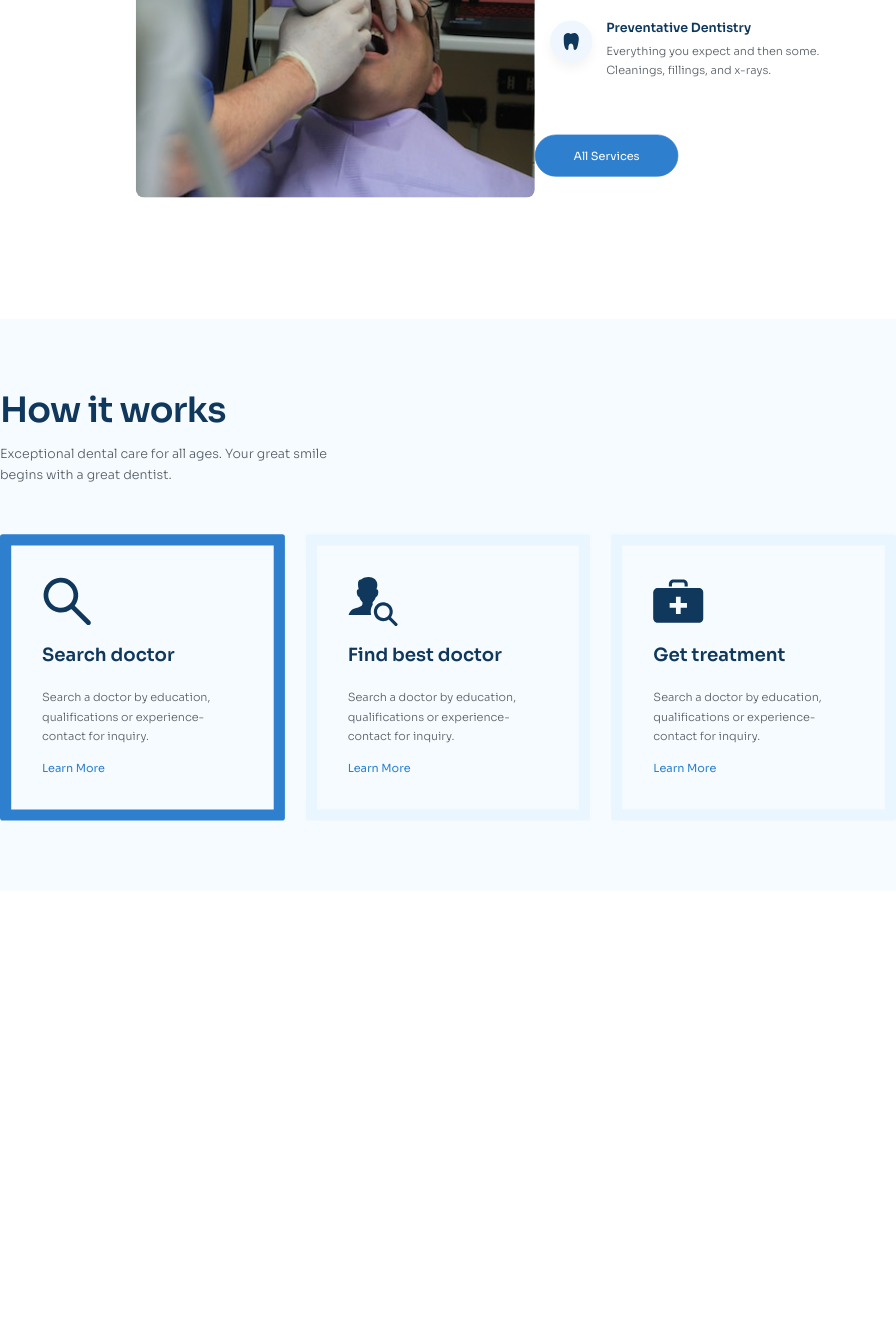
Repository: dongnguyen2112/htmlcss-project-03
Page: index.html
These files come from the project's save history. The page is drawn as it stood at one moment and after a run of saves; the edit follows.
The browser window is 1280 px wide. The pictures show the part of the page from y = 1385 to 3305 px (the page is 5720 px tall), at 70% of full size.
The pointer rests on the first visible `.word-item`.

Above is the page before, as saved 2023-08-01 17:31:22.

### index.html
<!DOCTYPE html>
<html lang="en">
    <head>
        <meta charset="UTF-8" />
        <meta name="viewport" content="width=device-width, initial-scale=1.0" />
        <title>Shine Smile</title>
        <!-- Favicons -->
        <link
            rel="apple-touch-icon"
            sizes="57x57"
            href="./assets/favicon/apple-icon-57x57.png"
        />
        <link
            rel="apple-touch-icon"
            sizes="60x60"
            href="./assets/favicon/apple-icon-60x60.png"
        />
        <link
            rel="apple-touch-icon"
            sizes="72x72"
            href="./assets/favicon/apple-icon-72x72.png"
        />
        <link
            rel="apple-touch-icon"
            sizes="76x76"
            href="./assets/favicon/apple-icon-76x76.png"
        />
        <link
            rel="apple-touch-icon"
            sizes="114x114"
            href="./assets/favicon/apple-icon-114x114.png"
        />
        <link
            rel="apple-touch-icon"
            sizes="120x120"
            href="./assets/favicon/apple-icon-120x120.png"
        />
        <link
            rel="apple-touch-icon"
            sizes="144x144"
            href="./assets/favicon/apple-icon-144x144.png"
        />
        <link
            rel="apple-touch-icon"
            sizes="152x152"
            href="./assets/favicon/apple-icon-152x152.png"
        />
        <link
            rel="apple-touch-icon"
            sizes="180x180"
            href="./assets/favicon/apple-icon-180x180.png"
        />
        <link
            rel="icon"
            type="image/png"
            sizes="192x192"
            href="./assets/favicon/android-icon-192x192.png"
        />
        <link
            rel="icon"
            type="image/png"
            sizes="32x32"
            href="./assets/favicon/favicon-32x32.png"
        />
        <link
            rel="icon"
            type="image/png"
            sizes="96x96"
            href="./assets/favicon/favicon-96x96.png"
        />
        <link
            rel="icon"
            type="image/png"
            sizes="16x16"
            href="./assets/favicon/favicon-16x16.png"
        />
        <link rel="manifest" href="./assets/favicon/manifest.json" />
        <meta name="msapplication-TileColor" content="#ffffff" />
        <meta
            name="msapplication-TileImage"
            content="./assets/favicon/ms-icon-144x144.png"
        />
        <meta name="theme-color" content="#ffffff" />
        <!-- Font Sora -->
        <link rel="preconnect" href="https://fonts.googleapis.com" />
        <link rel="preconnect" href="https://fonts.gstatic.com" crossorigin />
        <link
            href="https://fonts.googleapis.com/css2?family=Sora:wght@300;400;500;600;700&display=swap"
            rel="stylesheet"
        />
        <!-- Reset CSS -->
        <link rel="stylesheet" href="./assets/css/reset.css" />
        <link rel="stylesheet" href="./assets/css/styles.css" />
    </head>
    <body>
        <header class="header">
            <div class="container">
                <!-- Header-top -->
                <div class="header-top">
                    <!-- Logo -->
                    <a href="/">
                        <div class="logo">
                            <span class="logo__circle"></span>
                            <span class="logo__text">
                                <span class="logo__brand">Shine</span>
                                <span class="logo__brand logo__brand--small">
                                    smile
                                </span>
                            </span>
                        </div>
                    </a>
                    <!-- Navbar -->
                    <nav class="navbar">
                        <ul class="navbar__list">
                            <li class="navbar__item">
                                <a
                                    href="#!"
                                    class="navbar__link navbar__link--active"
                                    >Home</a
                                >
                            </li>
                            <li class="navbar__item">
                                <a href="#!" class="navbar__link">Services</a>
                            </li>
                            <li class="navbar__item">
                                <a href="#!" class="navbar__link">About</a>
                            </li>
                            <li class="navbar__item">
                                <a href="#!" class="navbar__link">Doctors</a>
                            </li>
                        </ul>
                    </nav>
                    <!-- Action -->
                    <div class="header-action">
                        <a href="#!" class="header-action__login">Log In</a>
                        <a href="#!" class="btn header-action__signup"
                            >Sign Up</a
                        >
                    </div>
                </div>
                <!-- Hero -->
                <section class="hero">
                    <!-- Hero-content -->
                    <section class="hero__content">
                        <h1 class="hero__heading">
                            Exceptional dental care for all ages.
                        </h1>
                        <p class="hero__desc">
                            Exceptional dental care for all ages. Your great
                            smile begins with a great dentist.
                        </p>
                        <div class="hero__row">
                            <a href="" class="btn">Book Online</a>
                            <span class="hero__phone"
                                >or call (123) 456-7890</span
                            >
                        </div>
                    </section>
                    <!-- Hero-media -->
                    <section class="hero__media">
                        <figure class="hero__images">
                            <img
                                src="./assets/img/hero-01.jpg"
                                alt=""
                                class="hero__img"
                            />
                            <img
                                src="./assets/img/hero-02.jpg"
                                alt=""
                                class="hero__img"
                            />
                        </figure>
                    </section>
                </section>
            </div>
        </header>
        <main style="height: 5000px">
            <!-- Service -->
            <section class="service">
                <div class="container">
                    <h1 class="service__heading section-heading">
                        Our services
                    </h1>
                    <p class="service__desc section-desc">
                        Exceptional dental care for all ages. Your great smile
                        begins with a great dentist.
                    </p>
                    <div class="service__row">
                        <figure>
                            <img
                                src="./assets/img/service.jpg"
                                alt=""
                                class="service__img"
                            />
                        </figure>
                        <div>
                            <div class="service__list">
                                <!-- Service Item 1 -->
                                <section class="service-item">
                                    <div class="service-item__icon">
                                        <svg
                                            width="22"
                                            height="24"
                                            viewBox="0 0 22 24"
                                            fill="none"
                                            xmlns="http://www.w3.org/2000/svg"
                                        >
                                            <path
                                                d="M20.3598 2.63964C17.9506 -0.556131 14.2772 -0.568132 11.2481 1.10682C11.001 1.24657 10.7219 1.31411 10.4406 1.30222C10.1592 1.29033 9.88633 1.19945 9.65105 1.03931C8.49552 0.245717 7.29036 -0.316477 5.13904 0.207462C0.623408 1.3071 0 4.90379 0 8.99816C0.0797353 12.1602 0.500857 15.3032 1.25551 18.3683C2.11836 22.0168 3.90382 24 5.43354 24C6.96326 24 7.00963 22.2204 7.00963 20.8016C7.00963 19.2009 7.39505 14.8009 10.8642 14.8009C13.5317 14.8009 14.3333 18.4013 14.3333 20.8016C14.3329 23.095 15.1722 24 16.6628 24C19.5267 24 20.9796 15.3938 21.3719 13.1237C21.7642 10.8535 22.9882 6.12569 20.3598 2.63964Z"
                                                fill="currentColor"
                                            />
                                        </svg>
                                        <!-- Icon -->
                                    </div>
                                    <div class="service-item__body">
                                        <h3 class="service-item__heading">
                                            Oral Surgery
                                        </h3>
                                        <p class="service-item__desc">
                                            Everything you expect and then some.
                                            Cleanings, fillings, and x-rays.
                                        </p>
                                    </div>
                                </section>
                                <!-- Service Item 2 -->
                                <section class="service-item">
                                    <div class="service-item__icon">
                                        <svg
                                            width="22"
                                            height="24"
                                            viewBox="0 0 22 24"
                                            fill="none"
                                            xmlns="http://www.w3.org/2000/svg"
                                        >
                                            <path
                                                d="M20.3598 2.63964C17.9506 -0.556131 14.2772 -0.568132 11.2481 1.10682C11.001 1.24657 10.7219 1.31411 10.4406 1.30222C10.1592 1.29033 9.88633 1.19945 9.65105 1.03931C8.49552 0.245717 7.29036 -0.316477 5.13904 0.207462C0.623408 1.3071 0 4.90379 0 8.99816C0.0797353 12.1602 0.500857 15.3032 1.25551 18.3683C2.11836 22.0168 3.90382 24 5.43354 24C6.96326 24 7.00963 22.2204 7.00963 20.8016C7.00963 19.2009 7.39505 14.8009 10.8642 14.8009C13.5317 14.8009 14.3333 18.4013 14.3333 20.8016C14.3329 23.095 15.1722 24 16.6628 24C19.5267 24 20.9796 15.3938 21.3719 13.1237C21.7642 10.8535 22.9882 6.12569 20.3598 2.63964Z"
                                                fill="currentColor"
                                            />
                                        </svg>
                                        <!-- Icon -->
                                    </div>
                                    <div class="service-item__body">
                                        <h3 class="service-item__heading">
                                            Wisdom Teeth Removal
                                        </h3>
                                        <p class="service-item__desc">
                                            Everything you expect and then some.
                                            Cleanings, fillings, and x-rays.
                                        </p>
                                    </div>
                                </section>
                                <!-- Service Item 3 -->
                                <section class="service-item">
                                    <div class="service-item__icon">
                                        <svg
                                            width="22"
                                            height="24"
                                            viewBox="0 0 22 24"
                                            fill="none"
                                            xmlns="http://www.w3.org/2000/svg"
                                        >
                                            <path
                                                d="M20.3598 2.63964C17.9506 -0.556131 14.2772 -0.568132 11.2481 1.10682C11.001 1.24657 10.7219 1.31411 10.4406 1.30222C10.1592 1.29033 9.88633 1.19945 9.65105 1.03931C8.49552 0.245717 7.29036 -0.316477 5.13904 0.207462C0.623408 1.3071 0 4.90379 0 8.99816C0.0797353 12.1602 0.500857 15.3032 1.25551 18.3683C2.11836 22.0168 3.90382 24 5.43354 24C6.96326 24 7.00963 22.2204 7.00963 20.8016C7.00963 19.2009 7.39505 14.8009 10.8642 14.8009C13.5317 14.8009 14.3333 18.4013 14.3333 20.8016C14.3329 23.095 15.1722 24 16.6628 24C19.5267 24 20.9796 15.3938 21.3719 13.1237C21.7642 10.8535 22.9882 6.12569 20.3598 2.63964Z"
                                                fill="currentColor"
                                            />
                                        </svg>
                                        <!-- Icon -->
                                    </div>
                                    <div class="service-item__body">
                                        <h3 class="service-item__heading">
                                            Preventative Dentistry
                                        </h3>
                                        <p class="service-item__desc">
                                            Everything you expect and then some.
                                            Cleanings, fillings, and x-rays.
                                        </p>
                                    </div>
                                </section>
                            </div>
                            <a href="#!" class="btn">All Services </a>
                        </div>
                    </div>
                </div>
            </section>
            <!-- Work -->
            <section class="work">
                <h2 class="section-heading">How it works</h2>
                <p class="section-desc work__desc">Exceptional dental care for all ages. Your great smile begins with a great dentist.</p>
                <div class="work__list">
                    <!-- Work Item 1 -->
                    <section class="word-item">
                        <img src="./assets/img/Icon/Orion_search.svg" alt="" class="work-item__icon">
                        <h3 class="work-item__heading">Search doctor</h3>
                        <p class="work-item__desc">Search a doctor by education, qualifications or experience-contact for inquiry.</p>
                        <a href="#!" class="work-item__more">Learn More</a>
                    </section>
                     <!-- Work Item 2 -->
                     <section class="word-item">
                        <img src="./assets/img/Icon/Orion_find-user.svg" alt="" class="work-item__icon">
                        <h3 class="work-item__heading">Find best doctor</h3>
                        <p class="work-item__desc">Search a doctor by education, qualifications or experience-contact for inquiry.</p>
                        <a href="#!" class="work-item__more">Learn More</a>
                    </section>
                     <!-- Work Item 3 -->
                     <section class="word-item">
                        <img src="./assets/img/Icon/Orion_first-aid-kit.svg" alt="" class="work-item__icon">
                        <h3 class="work-item__heading">Get treatment</h3>
                        <p class="work-item__desc">Search a doctor by education, qualifications or experience-contact for inquiry.</p>
                        <a href="#!" class="work-item__more">Learn More</a>
                    </section>
                </div>
            </section>
        </main>
    </body>
</html>

### assets/css/styles.css
* {
    box-sizing: border-box;
}
:root {
    --header-bg: #10375c;
}
html {
    font-size: 62.5%;
}
body {
    font-size: 1.6rem;
    font-family: "Sora", sans-serif;
}
/* Common */
.container {
    width: 1170px;
    max-width: calc(100% - 48px);
    margin: 0 auto;
}
a {
    text-decoration: none;
}
.btn {
    --height: 60px;

    color: #fff;
    background: #2e80ce;
    height: var(--height);
    padding: 0 20px;
    display: inline-block;
    line-height: var(--height);
    border-radius: 99px;
    min-width: 205px;
    text-align: center;
    font-size: 1.6rem;
    font-weight: 400;
    border: 1px solid #2e80ce;
}
.btn:hover {
    cursor: pointer;
    opacity: 0.9;
}
.section-heading {
    color: #10375c;
    font-size: 5rem;
    font-weight: 600;
    line-height: 1.2; /* 120% */
    letter-spacing: -1px;
}
.section-desc {
    margin-top: 18px;
    color: #575f66;
    font-size: 1.8rem;
    font-weight: 300;
    line-height: 1.67; /* 166.667% */
}
/* Header */
.header {
    min-height: 100vh;
    padding-top: 30px;
    background-color: var(--header-bg);
}
.logo {
    font-size: 1rem;
    position: relative;
    display: flex;
}
.logo__circle::before,
.logo__circle::after {
    content: "";
    display: inline-block;
    border-radius: 50%;
}
.logo__circle::before {
    width: 3em;
    height: 3em;
    background: #2e80ce;
}
.logo__circle::after {
    position: absolute;
    top: 1.1em;
    left: 1.1em;
    width: 1.5em;
    height: 1.5em;
    background: #fff;
}
.logo__text {
    margin-left: 0.6em;
    color: #fff;
    text-align: right;
    line-height: 1.6em;
}
.logo__brand {
    display: block;
    font-size: 1.8rem;
    font-weight: 400;
    color: #fff;
}
.logo__brand--small {
    font-size: 1.2em;
    font-weight: 300;
}

/* Header-top */
.header-top {
    display: flex;
    align-items: center;
    justify-content: space-between;
}
.navbar__list {
    display: flex;
}
.header-action__login,
.navbar__link {
    padding: 4px 21px;
    color: #c9d2da;
    font-size: 1.6rem;
    font-weight: 300;
}
.navbar__link:hover,
.navbar__link--active {
    color: #fff;
    text-shadow: 1px 0 0 currentColor;
}
.navbar__link--active::before {
    position: relative;
    top: -2px;
    left: -8px;
    content: "";
    display: inline-block;
    width: 6px;
    height: 6px;
    border-radius: 50%;
    background: #fff;
}
.header-action {
    display: flex;
    align-items: center;
}
.header-action__login {
    margin-right: 7px;
}
.header-action__signup {
    --height: 44px;
    min-width: 104px;
    text-align: center;
}
/* hero */
.hero {
    display: flex;
    margin-top: 76px;
    align-items: center;
}
.hero__content {
    flex-shrink: 0;
    width: 44%;
}
.hero__media {
    flex-grow: 1;
}
.hero__heading {
    color: #fff;
    font-size: 7rem;
    font-weight: 600;
    line-height: 1.14;
    letter-spacing: -0.02em;
}
.hero__desc {
    margin-top: 22px;
    color: #c9d2da;
    font-size: 1.8rem;
    font-weight: 300;
    line-height: 1.67;
}
.hero__row {
    display: flex;
    align-items: center;
    margin-top: 38px;
}
.hero__phone {
    color: #fff;
    text-align: center;
    font-size: 1.8rem;
    line-height: 1.67;
    margin-left: 38px;
}
.hero__images {
    display: flex;
    align-items: center;
    justify-content: flex-end;
}
.hero__img {
    width: 330px;
    height: 540px;
    border-radius: 6px;
    object-fit: cover;
}
.hero__img:first-child {
    position: relative;
    margin-right: -6px;
}
.hero__img:last-child {
    width: 210px;
    height: 410px;
}
/* Service */
.service {
    padding: 170px;
}
.service__heading,
.service__desc {
    text-align: center;
}
.service__desc {
    width: 468px;
    margin-right: auto;
    margin-left: auto;
}
.service__row {
    display: flex;
    align-items: center;
    justify-content: space-between;
    margin-top: 70px;
}
.service__img {
    width: 570px;
    height: 570px;
    border-radius: 12px;
    object-fit: cover;
}
/* Service Item */
.service-item {
    display: flex;
    width: 470px;
    padding: 22px;
    border-radius: 10px;
    background: #fff;
    transition: 0.25;
}
.service-item:hover {
    position: relative;
    box-shadow: 0px 14px 28px rgba(0, 0, 0, 0.05);
}
.service-item:hover .service-item__icon {
    background: #2e80ce;
    color: #fff;
}
.service-item__icon {
    width: 60px;
    height: 60px;
    display: flex;
    align-items: center;
    justify-content: center;
    flex-shrink: 0;
    background: #eff6fd;
    color: #10375c;
    box-shadow: 0px 8px 16px rgba(0, 0, 0, 0.05);
    border-radius: 50%;
    transition: 0.25;
}
.service-item__body {
    margin-left: 20px;
}
.service-item__heading {
    color: #10375c;
    font-size: 1.8rem;
    line-height: 1.27;
    font-weight: 600;
}
.service-item__desc {
    color: #575f66;
    margin-top: 8px;
    font-size: 1.6rem;
    font-weight: 300;
    line-height: 1.75; /* 175% */
}
.service__list {
    margin-bottom: 55px;
}
/* Work */
.work {
    background: #f6fbff;
    padding: 100px 0;
}
.work__desc {
    width: 468px;
}
.work__list {
    display: grid;
    grid-template-columns: repeat(3, 1fr);
    column-gap: 30px;
    margin-top: 70px;
}
.word-item{
    padding: 44px;
    border: 16px solid #EAF6FF;
    border-radius: 4px;
    transition: 0.25s;
}
.word-item:hover{
    transform: translateY();
    border-color:  #2E80CE;
}
.work-item__heading {
    margin-top: 20px;
    color: #10375c;
    font-size: 2.6rem;
    font-weight: 600;
    line-height: 1.38; /* 138.462% */
}
.work-item__desc {
    margin-top: 28px;
    width: 254px;
    color: #575f66;
    font-size: 1.6rem;
    font-weight: 300;
    line-height: 1.75; /* 175% */
}
.work-item__more{
    display: inline-block;
    margin-top: 18px;
    color: #2e80ce;
    font-size: 1.6rem;
    font-weight: 400;
    line-height: 1.75; /* 175% */
}

Loaded but not shown: assets/css/reset.css (common file); assets/favicon/manifest.json (common file)

After the next 4 saves:
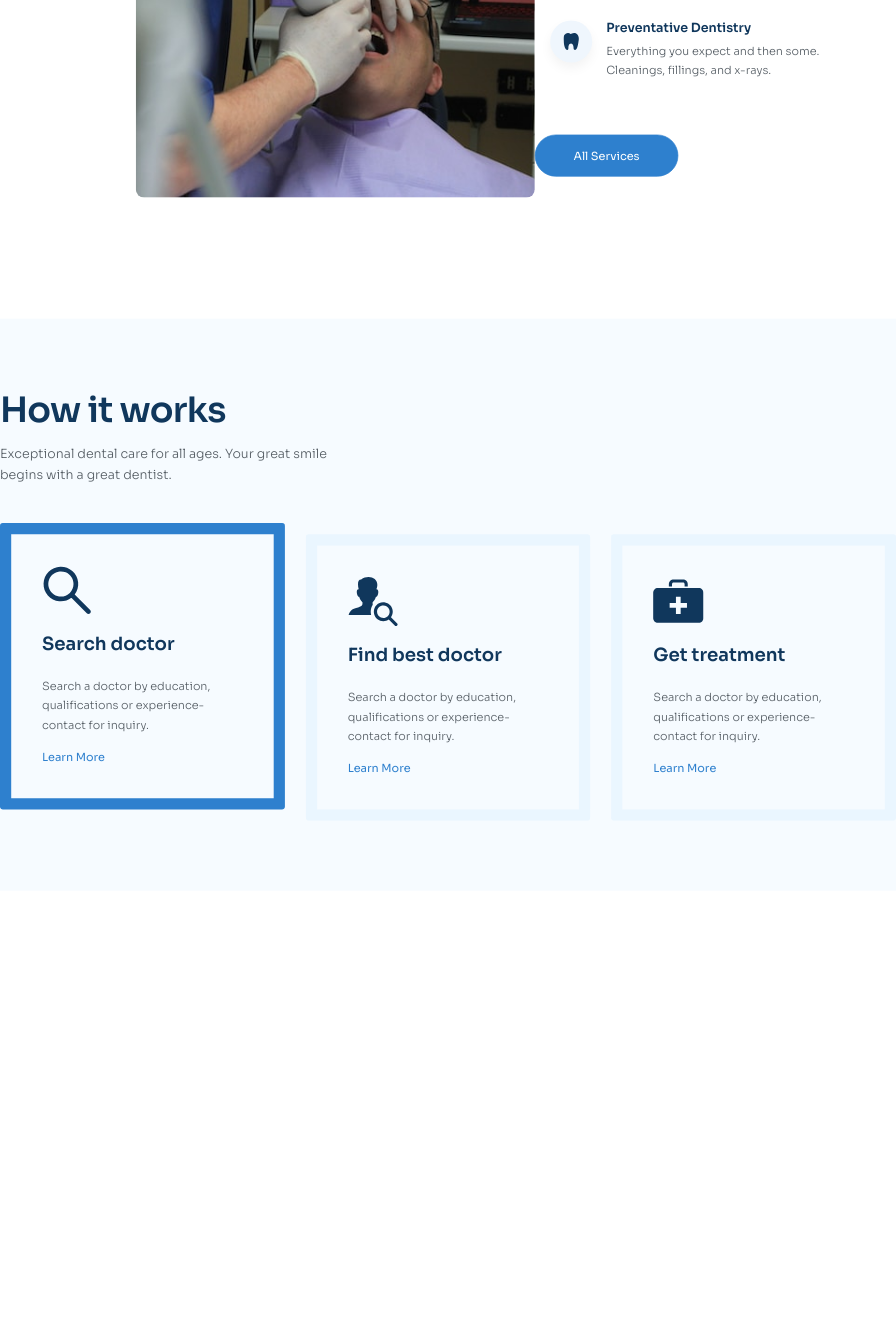
The 4 saves are shown as one change because they came seconds apart.
The last was saved 16 s later.
--- a/assets/css/styles.css
+++ b/assets/css/styles.css
@@ -298,7 +298,7 @@
     transition: 0.25s;
 }
 .word-item:hover{
-    transform: translateY();
+    transform: translateY(-16px);
     border-color:  #2E80CE;
 }
 .work-item__heading {
